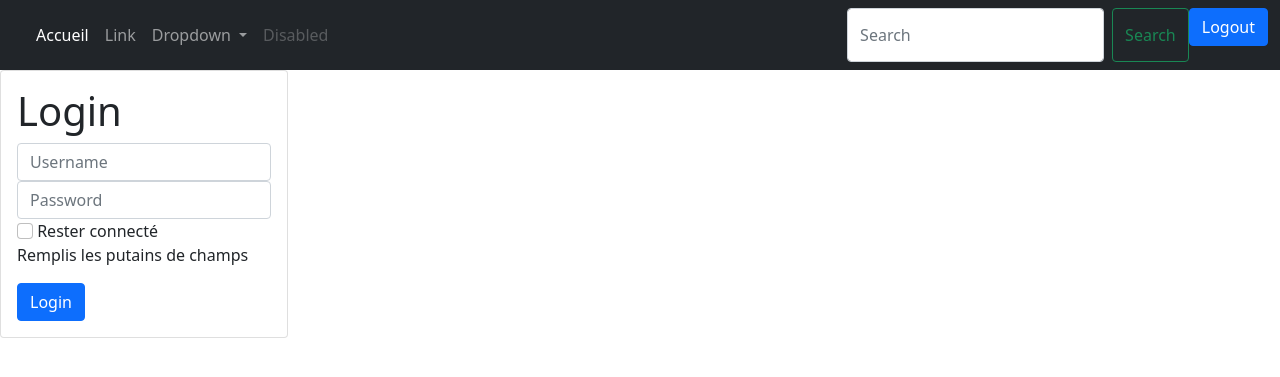
Repository: Mini-T/php-propre
Page: http://localhost/FormLogin.php
The author's editor kept a copy of each file at every save. The page is drawn from the files as they stood at one save, then again after the next save.
The browser window is 1280 px wide. The pictures show the whole page.
The page is run by PHP 8.4 with error messages shown; the project is at /var/www/html/.

Above is the page before, as saved 2021-03-11 01:24:41.

After the next save:
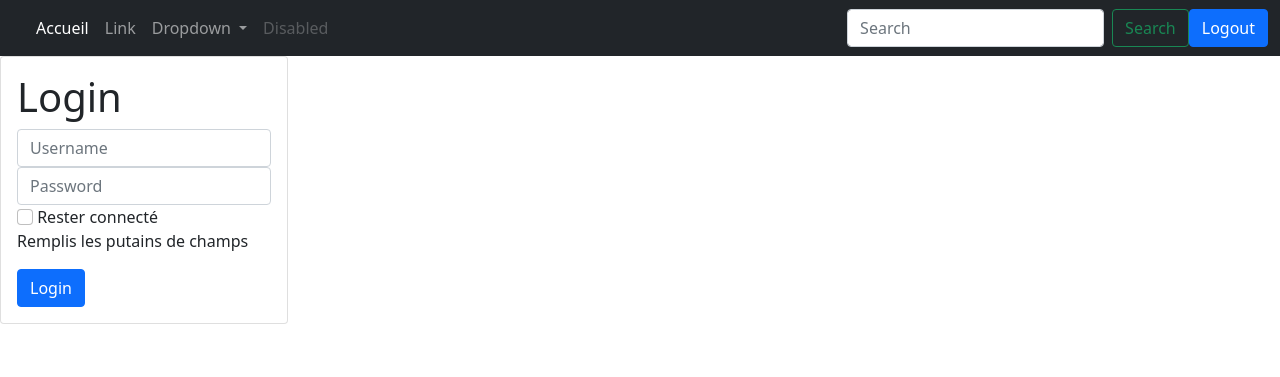
Saved 16 s later.
--- a/proj/include/header.inc.php
+++ b/proj/include/header.inc.php
@@ -71,7 +71,7 @@
                         <button class="btn btn-primary Logout">Logout</button>
                     <?php } else { ?>
                         <form action="#" method="post">
-                            <p><input type="submit" value="Logout" class="btn btn-primary Logout" name="Logout" /></p>
+                            <input type="submit" value="Logout" class="btn btn-primary Logout" name="Logout"/>
                         </form>
                     <?php } ?>
                 </form>
